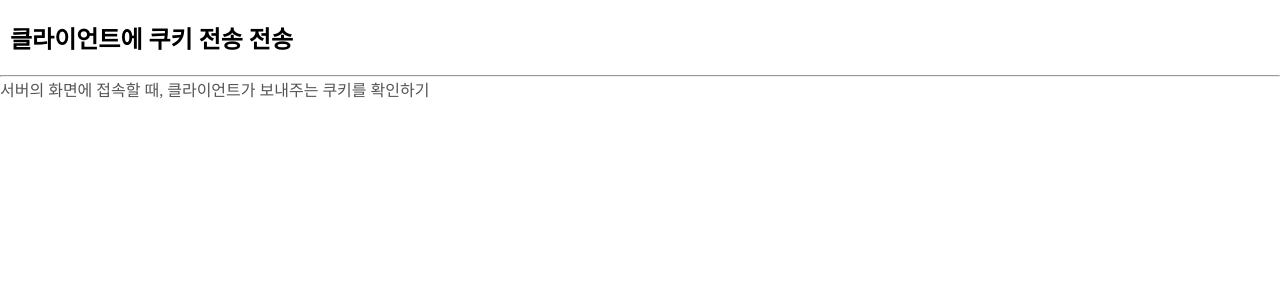
Repository: hyunh84/jsp_study
Page: http://localhost/Day07/j02_check.jsp
An editor plug-in stored every save of this project. The page is shown before and after the next save, followed by the edit.
The browser window is 1280 px wide. The pictures show the whole page.
The page is served by Tomcat 9.

Above is the page before, as saved 2015-10-10 01:47:37.

After the next save:
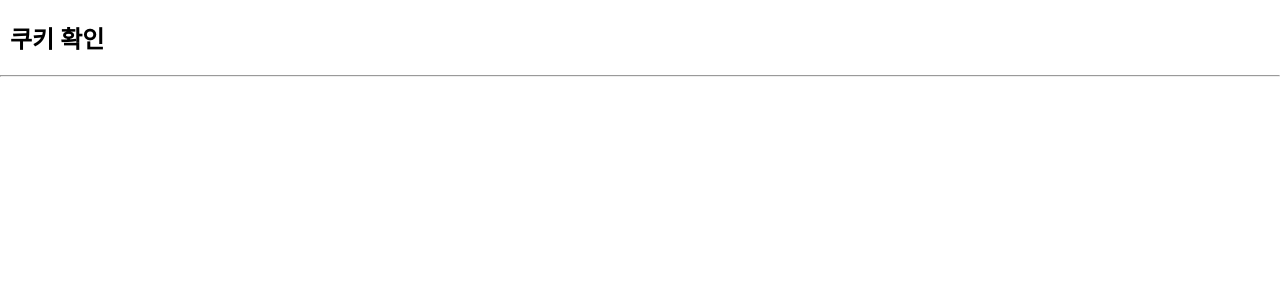
Saved 34 s later.
--- a/MyWorks/Day07/WebContent/j02_check.jsp
+++ b/MyWorks/Day07/WebContent/j02_check.jsp
@@ -16,21 +16,13 @@
 </style>
 </head>
 <body>
-	<h2>클라이언트에 쿠키 전송 전송</h2>
+	<h2>쿠키 확인</h2>
 	<hr />
 
 	<%
-		Cookie cookie1 = new Cookie("cooki01", "101010");
-		Cookie cookie2 = new Cookie("cooki02", "202020");
-		Cookie cookie3 = new Cookie("cooki03", "303030");
 
-
-		response.addCookie(cookie1);
-		response.addCookie(cookie2);
-		response.addCookie(cookie3);
 	%>
 
-	<a href="/Day07/j02_check.jsp">서버의 화면에 접속할 때, 클라이언트가 보내주는 쿠키를 확인하기</a>
 
 
 
